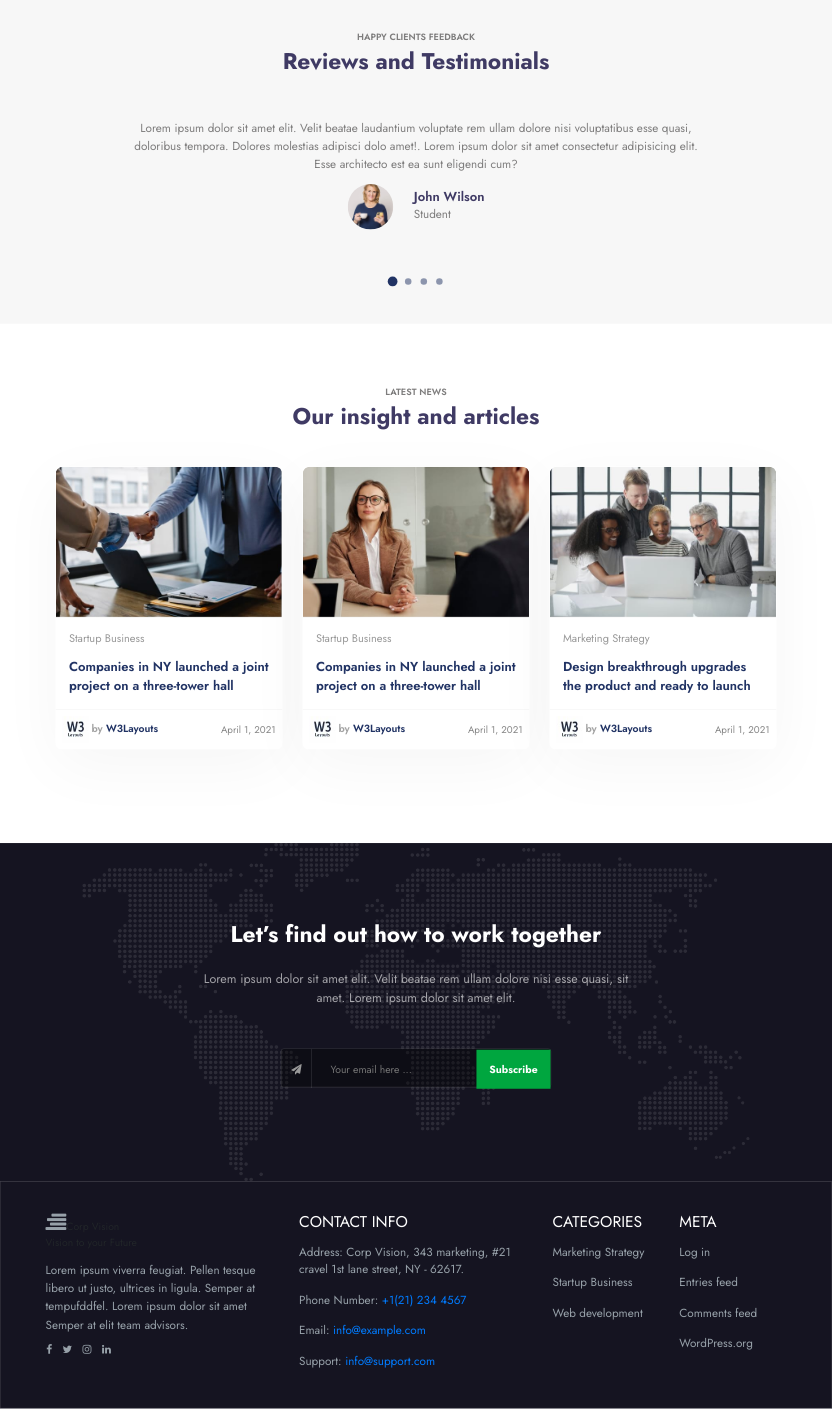
Repository: khaipnp/corpvision
Page: index.html
These files come from the project's save history. The page is drawn as it stood at one moment and after the next save; the edit follows.
The browser window is 1280 px wide. The pictures show the whole page, at 65% of full size.

Above is the page before, as saved 2021-07-04 15:09:48.

### index.html
<!DOCTYPE html>
<html lang="en">
  <head>
    <meta charset="UTF-8" />
    <meta http-equiv="X-UA-Compatible" content="IE=edge" />
    <meta name="viewport" content="width=device-width, initial-scale=1.0" />
    <title>Corpvision</title>
    <meta name="description" content="Corpvision Website" />
    <!-- FONT-GOOGLE -->
    <link rel="preconnect" href="https://fonts.gstatic.com" />
    <link
      href="https://fonts.googleapis.com/css2?family=Jost:ital,wght@0,100;0,200;0,300;0,400;0,500;0,600;0,700;0,800;0,900;1,400&display=swap"
      rel="stylesheet"
    />
    <!-- FONT-AWSOME -->
    <link
      rel="stylesheet"
      href="https://cdnjs.cloudflare.com/ajax/libs/font-awesome/5.15.3/css/all.min.css"
      integrity="sha512-iBBXm8fW90+nuLcSKlbmrPcLa0OT92xO1BIsZ+ywDWZCvqsWgccV3gFoRBv0z+8dLJgyAHIhR35VZc2oM/gI1w=="
      crossorigin="anonymous"
      referrerpolicy="no-referrer"
    />
    <link rel="stylesheet" href="./css/font-awesome.min.css" />
    <!-- OWL CAROUSEL -->
    <link
      rel="stylesheet"
      href="https://cdnjs.cloudflare.com/ajax/libs/OwlCarousel2/2.3.4/assets/owl.carousel.min.css"
      integrity="sha512-tS3S5qG0BlhnQROyJXvNjeEM4UpMXHrQfTGmbQ1gKmelCxlSEBUaxhRBj/EFTzpbP4RVSrpEikbmdJobCvhE3g=="
      crossorigin="anonymous"
      referrerpolicy="no-referrer"
    />
    <link
      rel="stylesheet"
      href="https://cdnjs.cloudflare.com/ajax/libs/OwlCarousel2/2.3.4/assets/owl.theme.default.css"
      integrity="sha512-OTcub78R3msOCtY3Tc6FzeDJ8N9qvQn1Ph49ou13xgA9VsH9+LRxoFU6EqLhW4+PKRfU+/HReXmSZXHEkpYoOA=="
      crossorigin="anonymous"
      referrerpolicy="no-referrer"
    />
    <!-- BOOTSTRAP -->
    <link
      rel="stylesheet"
      href="https://cdn.jsdelivr.net/npm/bootstrap@4.6.0/dist/css/bootstrap.min.css"
      integrity="sha384-B0vP5xmATw1+K9KRQjQERJvTumQW0nPEzvF6L/Z6nronJ3oUOFUFpCjEUQouq2+l"
      crossorigin="anonymous"
    />
    <!-- MAIN CSS -->
    <link rel="stylesheet" href="./css/main.css" />
  </head>
  <body>
    <header></header>
    <section class="feedback">
      <div class="feedback__content py-5">
        <div class="container">
          <h5 class="small-title col-12 text-center">Happy clients Feedback</h5>
          <h3 class="big-title col-12 text-center">Reviews and Testimonials</h3>
          <div class="testimonials owl-carousel owl-theme">
            <div class="testimonials__item">
              <p class="text-center col-12">
                Lorem ipsum dolor sit amet elit. Velit beatae laudantium
                voluptate rem ullam dolore nisi voluptatibus esse quasi,
                doloribus tempora. Dolores molestias adipisci dolo amet!. Lorem
                ipsum dolor sit amet consectetur adipisicing elit. Esse
                architecto est ea sunt eligendi cum?
              </p>
              <div
                class="
                  testimonials__desc
                  row
                  align-items-center
                  justify-content-center
                "
              >
                <div class="avatar mr-3">
                  <img src="./img/team1.jpg" alt="team 1" />
                </div>
                <div class="name ml-3">
                  <h3>John Wilson</h3>
                  <p>Student</p>
                </div>
              </div>
            </div>
            <div class="testimonials__item">
              <p class="text-center col-12">
                Lorem ipsum dolor sit amet elit. Velit beatae laudantium
                voluptate rem ullam dolore nisi voluptatibus esse quasi,
                doloribus tempora. Dolores molestias adipisci dolo amet!. Lorem
                ipsum dolor sit amet consectetur adipisicing elit. Esse
                architecto est ea sunt eligendi cum?
              </p>
              <div
                class="
                  testimonials__desc
                  row
                  align-items-center
                  justify-content-center
                "
              >
                <div class="avatar mr-3">
                  <img src="./img/team2.jpg" alt="team 2" />
                </div>
                <div class="name ml-3">
                  <h3>Julia Sakura</h3>
                  <p>Student</p>
                </div>
              </div>
            </div>
            <div class="testimonials__item">
              <p class="text-center col-12">
                Lorem ipsum dolor sit amet elit. Velit beatae laudantium
                voluptate rem ullam dolore nisi voluptatibus esse quasi,
                doloribus tempora. Dolores molestias adipisci dolo amet!. Lorem
                ipsum dolor sit amet consectetur adipisicing elit. Esse
                architecto est ea sunt eligendi cum?
              </p>
              <div
                class="
                  testimonials__desc
                  row
                  align-items-center
                  justify-content-center
                "
              >
                <div class="avatar mr-3">
                  <img src="./img/team3.jpg" alt="team 3" />
                </div>
                <div class="name ml-3">
                  <h3>Roy Linderson</h3>
                  <p>Student</p>
                </div>
              </div>
            </div>
            <div class="testimonials__item">
              <p class="text-center col-12">
                Lorem ipsum dolor sit amet elit. Velit beatae laudantium
                voluptate rem ullam dolore nisi voluptatibus esse quasi,
                doloribus tempora. Dolores molestias adipisci dolo amet!. Lorem
                ipsum dolor sit amet consectetur adipisicing elit. Esse
                architecto est ea sunt eligendi cum?
              </p>
              <div
                class="
                  testimonials__desc
                  row
                  align-items-center
                  justify-content-center
                "
              >
                <div class="avatar mr-3">
                  <img src="./img/team4.jpg" alt="team 4" />
                </div>
                <div class="name ml-3">
                  <h3>Smith Johnson</h3>
                  <p>Student</p>
                </div>
              </div>
            </div>
          </div>
        </div>
      </div>
    </section>
    <section class="news py-5">
      <div class="news__content py-5">
        <div class="container">
          <h5 class="small-title col-12 text-center">LATEST NEWS</h5>
          <h3 class="big-title col-12 text-center">Our insight and articles</h3>
          <div class="row py-5">
            <div class="news__item col-md-6 col-lg-4">
              <div class="news__card">
                <div class="card__thumbnail p-0 position-relative">
                  <img src="./img/blog1.jpg" alt="blog 1" />
                </div>
                <div class="card__content">
                  <p>Startup Business</p>
                  <a href="#">Companies in NY launched a joint project on a three-tower
                    hall</a>
                </div>
                <div class="card__footer">
                  <span><img src="./img/icon.jpeg" alt="" /> by <a href="#">W3Layouts</a></span>
                  <p>April 1, 2021</p>
                </div>
              </div>
            </div>
            <div class="news__item col-md-6 col-lg-4">
              <div class="news__card">
                <div class="card__thumbnail p-0 position-relative">
                  <img src="./img/blog2.jpg" alt="blog 1" />
                </div>
                <div class="card__content">
                  <p>Startup Business</p>
                  <a href="#">Companies in NY launched a joint project on a three-tower
                    hall</a>
                </div>
                <div class="card__footer">
                  <span><img src="./img/icon.jpeg" alt="" /> by <a href="#">W3Layouts</a></span>
                  <p>April 1, 2021</p>
                </div>
              </div>
            </div>
            <div class="news__item col-md-6 col-lg-4">
              <div class="news__card">
                <div class="card__thumbnail p-0 position-relative">
                  <img src="./img/blog3.jpg" alt="blog 1" />
                </div>
                <div class="card__content">
                  <p>Marketing Strategy</p>
                  <a href="#">Design breakthrough upgrades the product and ready to launch</a>
                </div>
                <div class="card__footer">
                  <span><img src="./img/icon.jpeg" alt="" /> by <a href="#">W3Layouts</a></span>
                  <p>April 1, 2021</p>
                </div>
              </div>
            </div>
          </div>
        </div>
      </div>
    </section>
    <div class="subscribe py-5">
      <div class="container">
        <div class="sub__box my-5 mx-auto align-items-center justify-content-center">
          <h3 class="big-title py-4 col-12 text-center">Let’s find out how to work together<h3>
          <p class="col-12 text-center">Lorem ipsum dolor sit amet elit. Velit beatae rem ullam dolore nisi esse quasi, sit amet. Lorem ipsum dolor sit amet elit.</p>
          <div class="input__email justify-content-center py-5">
            <form>
              <i class="fa fa-paper-plane"></i>
              <input type="email" placeholder="Your email here ...">
              <button>Subscribe</button>
            </form>
          </div>
        </div>
      </div>
    </div>
    <footer>
      <div class="footer__info container py-5 px-0">
        <div class="row">
          <div class="footer__content col-md-6 col-lg-4">
            <div class="logo__footer__content pb-3">
              <div class="logo__footer"><i class="fa fa-align-right"></i>Corp Vision</div>
              <div class="slogan">Vision to your Future</div>
            </div>
            <p>Lorem ipsum viverra feugiat. Pellen tesque libero ut justo, ultrices in ligula. Semper at tempufddfel. Lorem ipsum dolor sit amet Semper at elit team advisors.</p>
            <div class="social__network row justify-content-start">
              <i class="fa fa-facebook pl-3"></i>
              <i class="fa fa-twitter pl-3"></i>
              <i class="fa fa-instagram pl-3"></i>
              <i class="fa fa-linkedin pl-3"></i>
            </div>
          </div>
          <div class="footer__content col-md-6 col-lg-4 mt-md-0 mt-5">
            <h4>CONTACT INFO</h4>
            <ul class="list-group list-group-flush">
              <li class="list-group-item">Address: Corp Vision, 343 marketing, #21 cravel 1st lane street, NY - 62617.</li>
              <li class="list-group-item">Phone Number: <a href="tel:+1212344567">+1(21) 234 4567</a></li>
              <li class="list-group-item">Email: <a href="mailto:">info@example.com</a></li>
              <li class="list-group-item">Support: <a href="mailto:">info@support.com</a></li>
            </ul>
          </div>
          <div class="footer__content col-md-6 col-lg-2 mt-lg-0 mt-5">
            <h4>CATEGORIES</h4>
            <ul class="list-group list-group-flush">
              <li class="list-group-item">Marketing Strategy</li>
              <li class="list-group-item">Startup Business</li>
              <li class="list-group-item">Web development</li>
            </ul>
          </div>
          <div class="footer__content col-md-6 col-lg-2 mt-lg-0 mt-5">
            <h4>META</h4>
            <ul class="list-group list-group-flush">
              <li class="list-group-item">Log in</li>
              <li class="list-group-item">Entries feed</li>
              <li class="list-group-item">Comments feed</li>
              <li class="list-group-item">WordPress.org</li>
            </ul>
          </div>
        </div>
      </div>
    </footer>
    <!-- SCRIPT -->
    <!-- BOOTSTRAP -->
    <script
      src="https://cdnjs.cloudflare.com/ajax/libs/jquery/3.6.0/jquery.js"
      integrity="sha512-n/4gHW3atM3QqRcbCn6ewmpxcLAHGaDjpEBu4xZd47N0W2oQ+6q7oc3PXstrJYXcbNU1OHdQ1T7pAP+gi5Yu8g=="
      crossorigin="anonymous"
      referrerpolicy="no-referrer"
    ></script>
    <script
      src="https://cdn.jsdelivr.net/npm/bootstrap@4.6.0/dist/js/bootstrap.bundle.min.js"
      integrity="sha384-Piv4xVNRyMGpqkS2by6br4gNJ7DXjqk09RmUpJ8jgGtD7zP9yug3goQfGII0yAns"
      crossorigin="anonymous"
    ></script>
    <!-- OWL CAROUSEL -->
    <script src="./js/owl.carousel.min.js"></script>
    <script>
      $(document).ready(function () {
        $(".owl-carousel").owlCarousel({
          navigation: false,
          slideSpeed: 300,
          paginationSpeed: 400,
          singleItem: true,
          items: 1,
          // itemsDesktop : false,
          // itemsDesktopSmall : false,
          // itemsTablet: false,
          // itemsMobile : false
        });
      });
    </script>
  </body>
</html>

### css/main.css
* {
  padding: 0;
  margin: 0;
  box-sizing: border-box;
}

html,
body {
  font-family: "Jost", sans-serif;
  background: #fff;
}

.small-title {
  color: #7e7d7d;
  font-size: 14px;
  font-weight: 600;
  text-transform: uppercase;
}

.big-title {
  color: #3f3a64;
  font-size: 35px;
  font-weight: 700;
}

/* FEEDBACK */
.feedback {
  background-color: #f7f7f7;
}

.testimonials__item {
  margin: 60px auto;
  display: block;
  max-width: 900px;
  height: auto;
}

.testimonials__item p {
  color: #7e7d7d;
  font-size: 18px;
  line-height: 28px;
}

.testimonials__desc .avatar {
  width: 70px;
  height: 70px;
  overflow: hidden;
  border-radius: 50%;
}

.testimonials__desc .avatar img {
  width: 100%;
  height: 100%;
  object-fit: cover;
}

.name h3 {
  font-size: 20px;
  margin: 0;
  font-weight: 600;
  color: #3f3a64;
}
.name p {
  font-style: normal;
  margin-bottom: 0;
}

.owl-theme .owl-dots .owl-dot.active span,
.owl-theme .owl-dots .owl-dot span {
  background: rgba(33, 51, 100, 0.5);
  transform: scale(1);
  transition: all 0.5s;
}

.owl-theme .owl-dots .owl-dot.active span,
.owl-theme .owl-dots .owl-dot:hover span {
  background: #213364 !important;
  transform: scale(1.5);
}

/* NEWS */
.news__card {
  background-color: #fff;
  box-shadow: 0 25px 98px 0 rgb(0 0 0 / 4%);
  border: 1px solid transparent;
  border-radius: 10px;
}

.card__thumbnail {
  overflow: hidden;
  border-radius: 10px 10px 0 0;
}

.card__thumbnail img {
  width: 100%;
  border-radius: 10px 10px 0 0;
  object-fit: cover;
  cursor: pointer;
  transition: all 0.5s;
}

.card__thumbnail img:hover {
  transform: scale(1.15);
}

.card__content {
  padding: 20px;
}

.card__content p {
  color: #999;
  font-size: 17px;
  font-weight: 400;
}

.card__content a {
  text-decoration: none;
  color: #213364;
  font-size: 20px;
  font-weight: 600;
  transition: all 0.5s;
  cursor: pointer;
}

.card__content a:hover {
  color: #00a63f;
}

.card__footer {
  display: flex;
  justify-content: space-between;
  align-items: center;
  border-top: 1px solid rgba(126, 125, 125, 0.1);
  padding: 10px;
}

.card__footer a {
  color: #213364;
  font-size: 1rem;
  font-weight: 600;
  cursor: pointer;
  transition: all 0.5s;
  text-decoration: none;
}

.card__footer a:hover {
  color: #00a63f;
}

.card__footer img {
  cursor: pointer;
}

.card__footer span {
  color: rgb(102, 102, 102, 0.6);
  font-weight: 600;
}

.card__footer p {
  margin-bottom: 0;
  font-size: 15px;
  color: rgb(102, 102, 102, 0.8);
}

/* SUBCRIBE */
.subscribe {
  background-image: url(../img/map.png);
  background-color: #151421;
  background-size: contain;
  background-repeat: no-repeat;
  background-position: center;
}

.sub__box {
  max-width: 700px;
}

.sub__box .big-title {
  color: #fff;
}

.sub__box p {
  font-size: 1.2rem;
  color: rgba(255, 255, 255, 0.6);
  line-height: 1.5;
  font-weight: 400;
}

.input__email {
  display: flex;
}

.input__email form {
  border: 1px solid rgb(255, 255, 255, 0.15);
  border-radius: 5px;
  height: 60px;
  background: rgb(0, 0, 0, 0.35);
  max-width: 550px;
}

.input__email input {
  color: #999;
  padding: 20px 20px;
  border: none;
  font-size: 1rem;
  outline: none;
  background: none;
}

.input__email button {
  background-color: #00a63f;
  color: #fff;
  height: 60px;
  padding: 0 20px;
  border: none;
  font-size: 1rem;
  font-weight: 700;
  line-height: 60px;
  text-align: center;
}

.input__email i {
  text-align: center;
  color: #999;
  font-size: 1rem;
  border-right: 1px solid rgb(255, 255, 255, 0.15);
  line-height: 60px;
  padding: 0 15px;
}

/* FOOTER */

footer {
  background-color: #151421;
  border: 1px solid rgb(255, 255, 255, 0.15);
}

.footer__content p {
  color: #97a1a9;
  font-size: 18px;
  line-height: 28px;
}

.logo__footer {
  display: inline-block;
}

.logo__footer i {
  color: #009f4d;
  font-size: 32px;
}

.footer__content a {
  text-decoration: none !important;
}

.footer__content i {
  color: #97a1a9;
}

.footer__content h4 {
  color: #fefefe;
  font-weight: normal;
}

.footer__content .list-group-item {
  background-color: transparent !important;
  color: #97a1a9;
  border: none !important;
  font-size: 18px;
  padding: 10px 0 !important;
}

Loaded but not shown: css/font-awesome.min.css (library); js/owl.carousel.min.js (library)

After the next save:
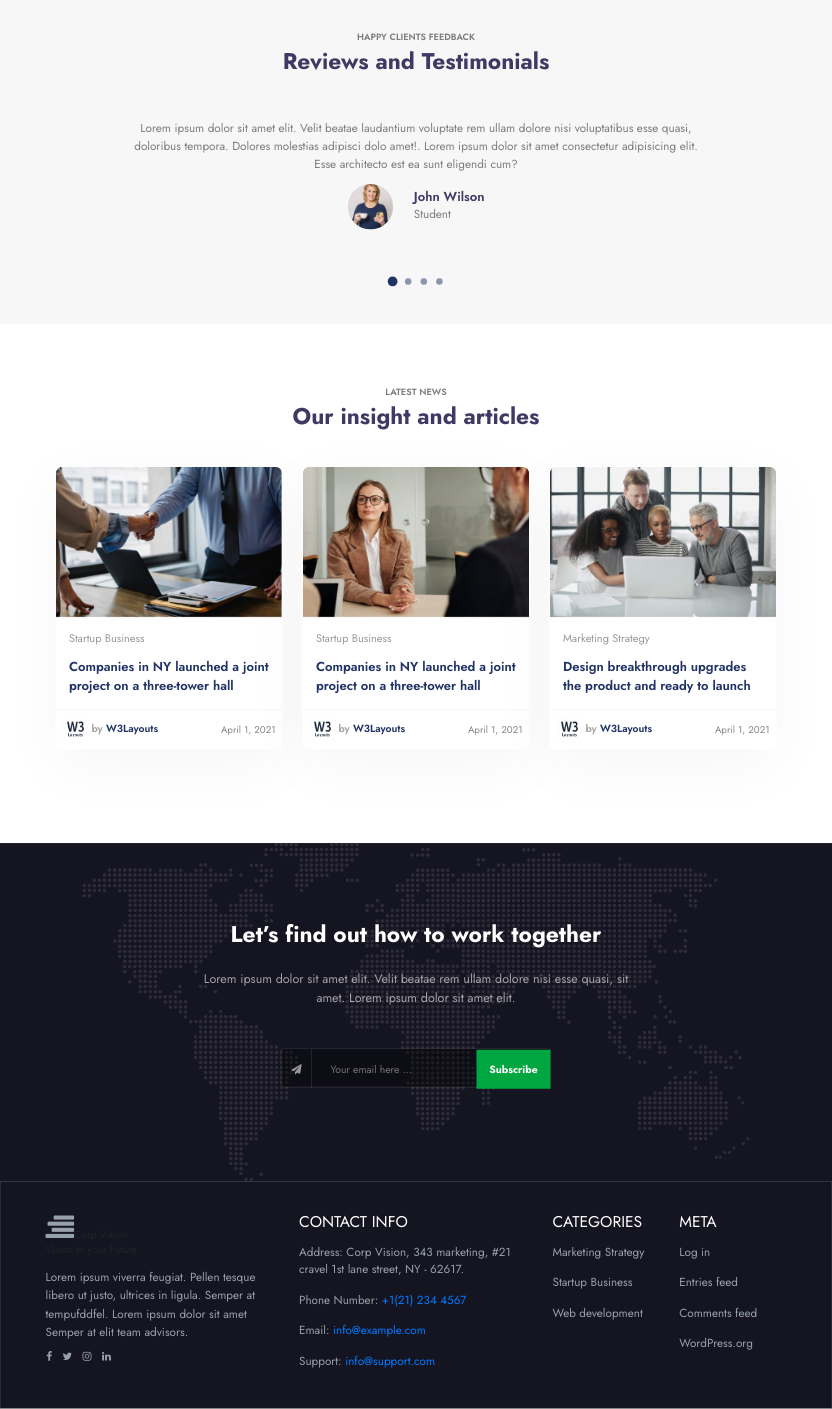
Saved 5 s later.
--- a/css/main.css
+++ b/css/main.css
@@ -247,7 +247,7 @@ footer {
 
 .logo__footer i {
   color: #009f4d;
-  font-size: 32px;
+  font-size: 44px;
 }
 
 .footer__content a {
